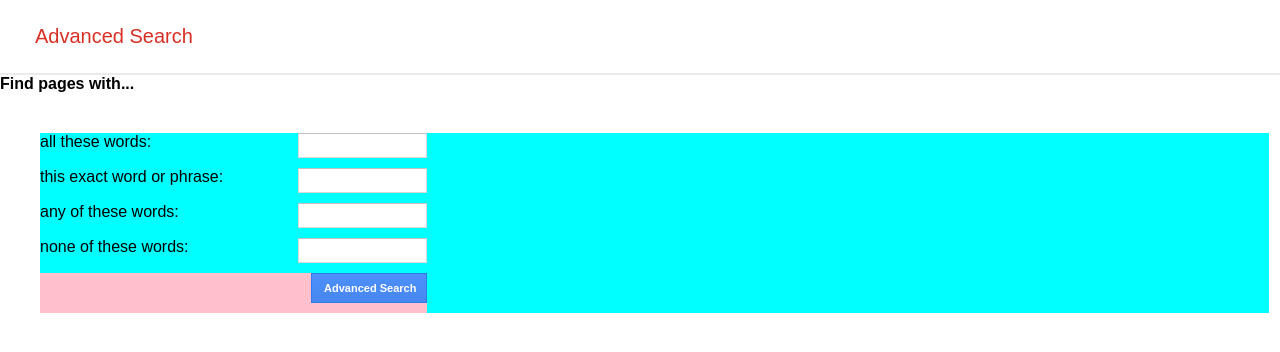
Repository: etentuk/search
Page: advanced_search.html
The author's editor kept a copy of each file at every save. The page is drawn from the files as they stood at one save, then again after the next save.
The browser window is 1280 px wide. The pictures show the whole page.

Above is the page before, as saved 2021-11-05 16:20:59.

### advanced_search.html
<!DOCTYPE html>
<html lang="en">

<head>
    <link rel="icon" href="./google_search_new_logo_icon_159150.ico">
    <title>Advanced Search</title>
    <link rel="stylesheet" href="styles.css">
    <style>
        .form-content {
            display: flex;
        }

        .form-content .form-label {
            width: 100%
        }

        .form-input {

        }

        .form-input input {
            border-radius: 1px;
            border: 1px solid #d9d9d9;
            border-top: 1px solid #c0c0c0;
            font-size: 13px;
            height: 25px;
            padding: 1px 8px;
            width: 100%;
            text-align: left;
        }
    </style>
</head>

<body>
    <div id="title">
        Advanced Search
    </div>
    <hr class="solid" style="border:1px solid #ebebeb;">
    <h4>Find pages with...</h4>
    <div>
        <form action="https://google.com/search" id="form">
            <div style="display: table-row;">
                <div class="form-content">
                    <div class="form-label">
                        <label for="as_q">all these words: </label>
                    </div>
                    <div class="form-input">
                        <input type="text" id="as_q" name="as_q">
                    </div>
                </div>
                <div class="form-content">
                    <div class="form-label">
                        <label for="as_epq">this exact word or phrase: </label>
                    </div>
                    <div class="form-input">
                        <input type="text" id="as_epq" name="as_epq">
                    </div>
                </div>
                <div class="form-content">
                    <div class="form-label">
                        <label for="as_oq">any of these words: </label>
                    </div>
                    <div class="form-input">
                        <input type="text" id="as_oq" name="as_oq">
                    </div>
                </div>
                <div class="form-content">
                    <div class="form-label">
                        <label for="as_eq">none of these words: </label>
                    </div>
                    <div class="form-input">
                        <input type="text" id="as_eq" name="as_eq">
                    </div>
                </div>
                <div id="submit">
                    <input type="submit" value="Advanced Search">
                </div>
        </form>
    </div>
</body>

</html>

### styles.css
* {
  margin: 0;
  padding: 0;
  box-sizing: border-box;
  font-family: Arial, sans-serif;
}

#title {
  color: #d93025;
  font-size: 20px;
  margin: 25px 35px;
}

#form {
  /* max-width: 1140px; */
  /* min-width: 100%; */
  background-color: aqua;
  width: 96%;
  margin: 40px;
}

.form-content {
  display: flex;
  flex-direction: row;
}

.form-content label {
  position: flex-start;
  padding-right: 10px;
  float: left;
}

.form-content input {
  position: flex-end;
  float: right;
  width: 500px;
}

label,
input {
  /* float: right; */
  display: table-cell;
  margin-bottom: 10px;
}

#submit {
  text-align: right;
  background-color: pink;
  width: 100%;
}

#submit input {
  border: 1px solid #3079ed;
  box-shadow: none;
  font-size: 11px;
  font-weight: bold;
  color: #fff;
  padding: 8px 12px;
  width: 30%;
  background-color: #4d90fe;
  background-image: -webkit-linear-gradient(top, #4d90fe, #4787ed);
}

After the next save:
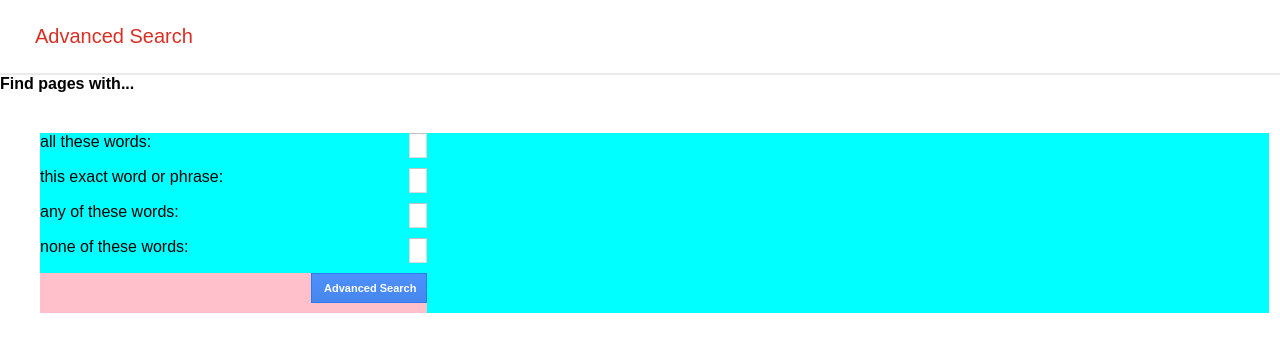
Saved 4 s later.
--- a/advanced_search.html
+++ b/advanced_search.html
@@ -15,7 +15,7 @@
         }
 
         .form-input {
-
+            flex: 1
         }
 
         .form-input input {
